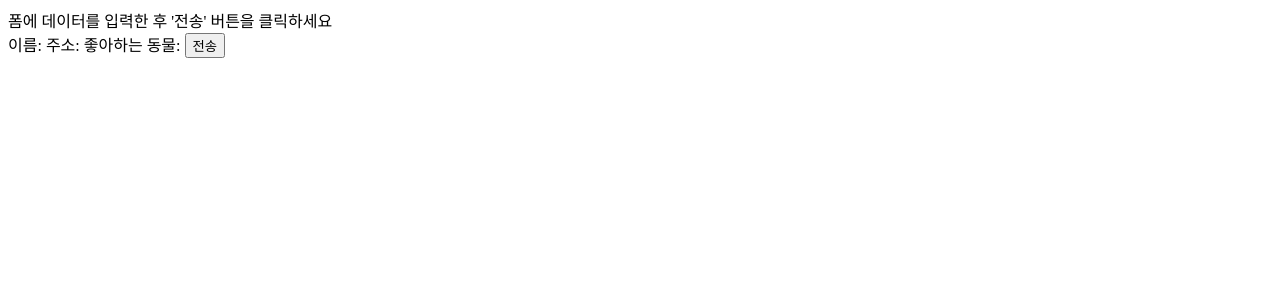
Repository: seminocoe/JSP_STUDY
Page: http://localhost/ServletProject/implicit/reqEx02.jsp
The author's editor kept a copy of each file at every save. The page is drawn from the files as they stood at one save, then again after the next save.
The browser window is 1280 px wide. The pictures show the whole page.
The page is served by Tomcat 9. Nobody is signed in. The application's start-up code is not run.

Above is the page before, as saved 2022-08-02 01:55:26.

After the next save:
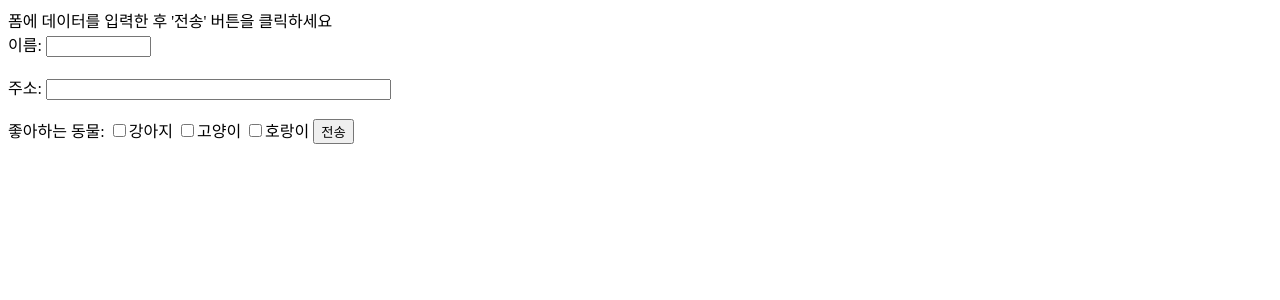
Saved 3 min 4 s later.
--- a/ServletProject/src/main/webapp/implicit/reqEx02.jsp
+++ b/ServletProject/src/main/webapp/implicit/reqEx02.jsp
@@ -10,9 +10,11 @@
 폼에 데이터를 입력한 후 '전송' 버튼을 클릭하세요
 
 <form action="viewParameter.jsp" method="post">
-이름:
-주소:
-좋아하는 동물:
+이름: <input type="text" name="name" size="10"><br><br>
+주소: <input type="text" name="address" size="40"><br><br>
+좋아하는 동물: <input type="checkbox" name="pet" value="dog">강아지
+<input type="checkbox" name="pet" value="cat">고양이
+<input type="checkbox" name="pet" value="tiger">호랑이
 
 <input type="submit" value="전송">
 </form>
